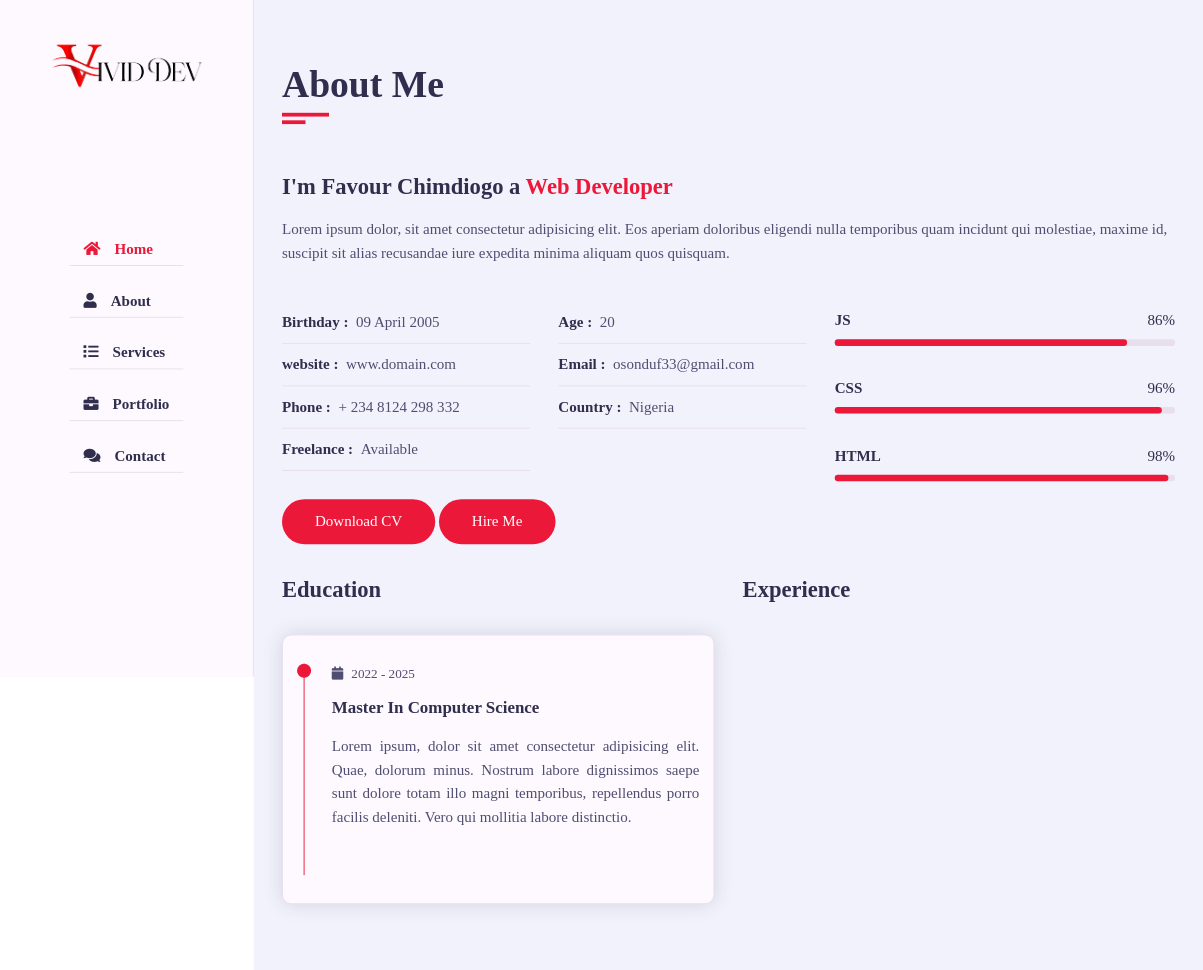
Repository: Big-Fave1/vivid-dev-portfolio
Page: build/index.html
An editor plug-in stored every save of this project. The page is shown before and after the next save, followed by the edit.
The browser window is 1280 px wide. The pictures show the whole page, at 94% of full size.
Some web fonts or font styles are not loaded; a fallback is used.

Above is the page before, as saved 2025-05-30 15:47:44.

After the next save:
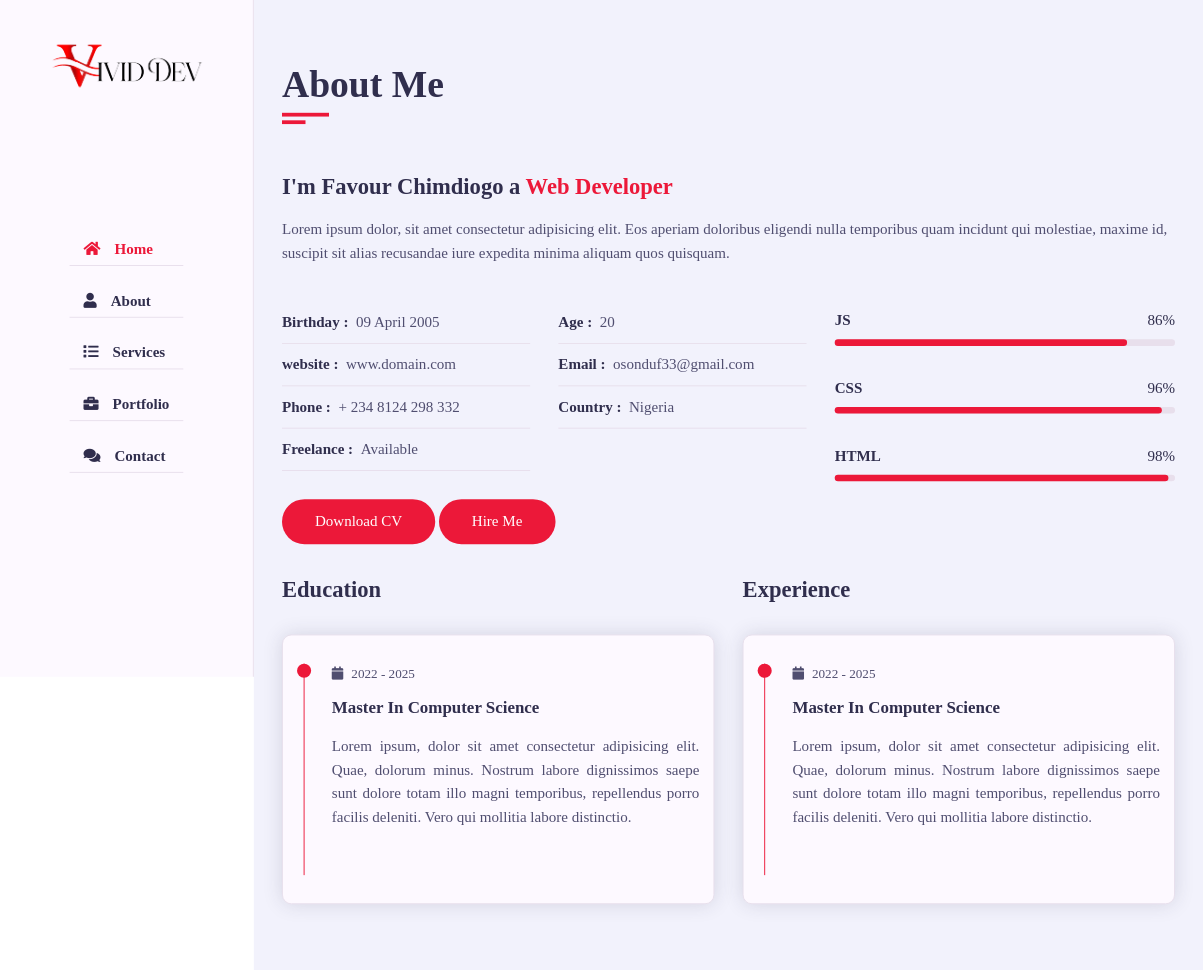
Saved 2 min 33 s later.
--- a/build/index.html
+++ b/build/index.html
@@ -142,6 +142,21 @@
                             </div>
                             <div class="experience padd-15">
                                 <h3 class="title">Experience</h3>
+                                <div class="row">
+                                    <div class="timeline-box padd-15">
+                                        <div class="timeline shadow-dark">
+                                            <!-- ===== timeline item ==== -->
+                                             <div class="timeline-item">
+                                                <div class="circle-dot"></div>
+                                                <h3 class="timeline-date">
+                                                    <i class="fa fa-calendar"></i> 2022 - 2025
+                                                </h3>
+                                                <h4 class="timeline-title">Master in computer Science</h4>
+                                                <p class="timeline-text">Lorem ipsum, dolor sit amet consectetur adipisicing elit. Quae, dolorum minus. Nostrum labore dignissimos saepe sunt dolore totam illo magni temporibus, repellendus porro facilis deleniti. Vero qui mollitia labore distinctio.</p>
+                                             </div>
+                                        </div>
+                                    </div>
+                                </div>
                             </div>
                         </div>
                     </div>
